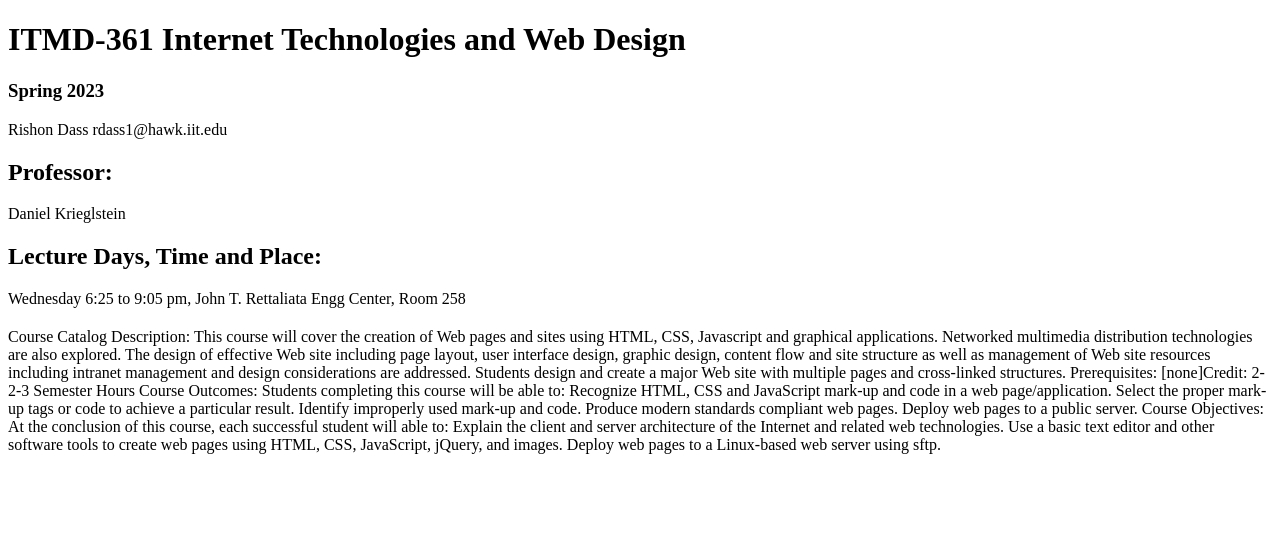
Repository: rishondass/ITMD361-Lab2
Page: lab2raw_text.html
The author's editor kept a copy of each file at every save. The page is drawn from the files as they stood at one save, then again after a run of saves.
The browser window is 1280 px wide. The pictures show the whole page.

Above is the page before, as saved 2023-01-13 14:07:44.

### lab2raw_text.html
<!DOCTYPE html>
<html lang="en">
<head>
    <meta charset="UTF-8">
    <meta http-equiv="X-UA-Compatible" content="IE=edge">
    <meta name="viewport" content="width=device-width, initial-scale=1.0">
    <title>ITMD-361 Internet Technologies and Web Design</title>
</head>
<body>
    <h1>
        ITMD-361 Internet Technologies and Web Design
    </h1>
    <h3>
        Spring 2023
    </h3>
    <p>
        Rishon Dass rdass1@hawk.iit.edu
    </p>
    <h2>
        Professor:
    </h2>
    <p>
        Daniel Krieglstein
    </p>
    <h2>
        Lecture Days, Time and Place:
    </h2>
    <p>
        Wednesday 6:25 to 9:05 pm, John T. Rettaliata Engg Center, Room 258
    </p>
    <h2>

    </h2>
</body>
</html>





Course Catalog Description:
This course will cover the creation of Web pages and sites using HTML, CSS, Javascript and graphical applications. Networked multimedia distribution technologies are also explored. The design of effective Web site including page layout, user interface design, graphic design, content flow and site structure as well as management of Web site resources including intranet management and design considerations are addressed. Students design and create a major Web site with multiple pages and cross-linked structures. Prerequisites: [none]Credit: 2-2-3 Semester Hours
Course Outcomes:
Students completing this course will be able to:
Recognize HTML, CSS and JavaScript mark-up and code in a web page/application.
Select the proper mark-up tags or code to achieve a particular result.
Identify improperly used mark-up and code.
Produce modern standards compliant web pages.
Deploy web pages to a public server.
Course Objectives:
At the conclusion of this course, each successful student will able to:
Explain the client and server architecture of the Internet and related web technologies.
Use a basic text editor and other software tools to create web pages using HTML, CSS, JavaScript, jQuery, and images.
Deploy web pages to a Linux-based web server using sftp.</li>

After the next 2 saves:
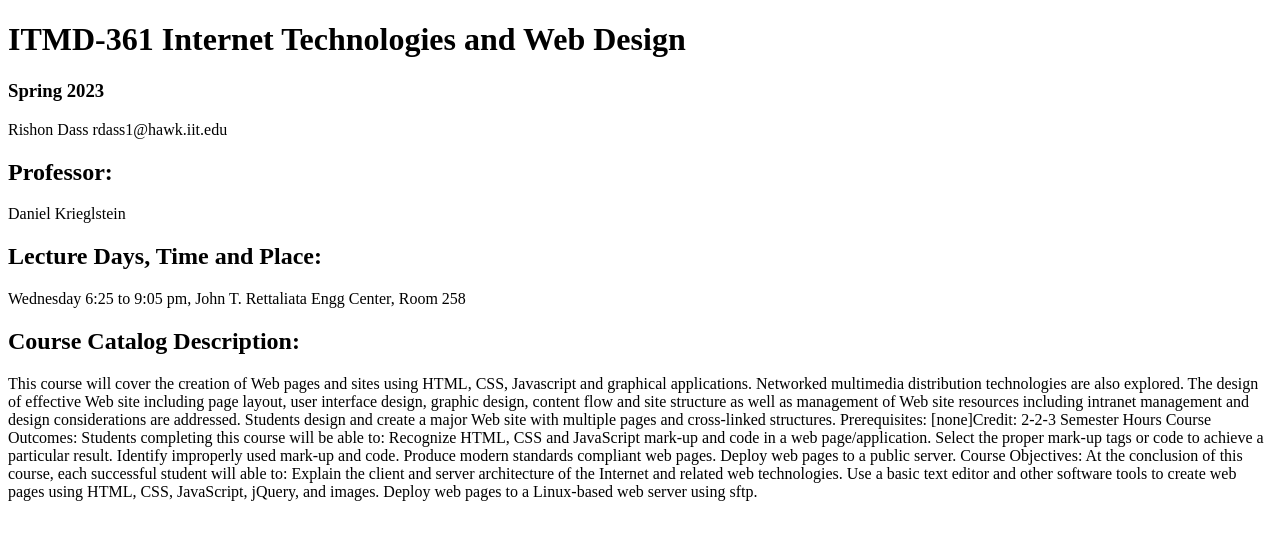
The 2 saves are shown as one change because they came seconds apart.
The last was saved 6 s later.
--- a/lab2raw_text.html
+++ b/lab2raw_text.html
@@ -29,8 +29,11 @@
         Wednesday 6:25 to 9:05 pm, John T. Rettaliata Engg Center, Room 258
     </p>
     <h2>
+        Course Catalog Description:
+    </h2>
+    <p>
 
-    </h2>
+    </p>
 </body>
 </html>
 
@@ -38,7 +41,7 @@
 
 
 
-Course Catalog Description:
+
 This course will cover the creation of Web pages and sites using HTML, CSS, Javascript and graphical applications. Networked multimedia distribution technologies are also explored. The design of effective Web site including page layout, user interface design, graphic design, content flow and site structure as well as management of Web site resources including intranet management and design considerations are addressed. Students design and create a major Web site with multiple pages and cross-linked structures. Prerequisites: [none]Credit: 2-2-3 Semester Hours
 Course Outcomes:
 Students completing this course will be able to:
